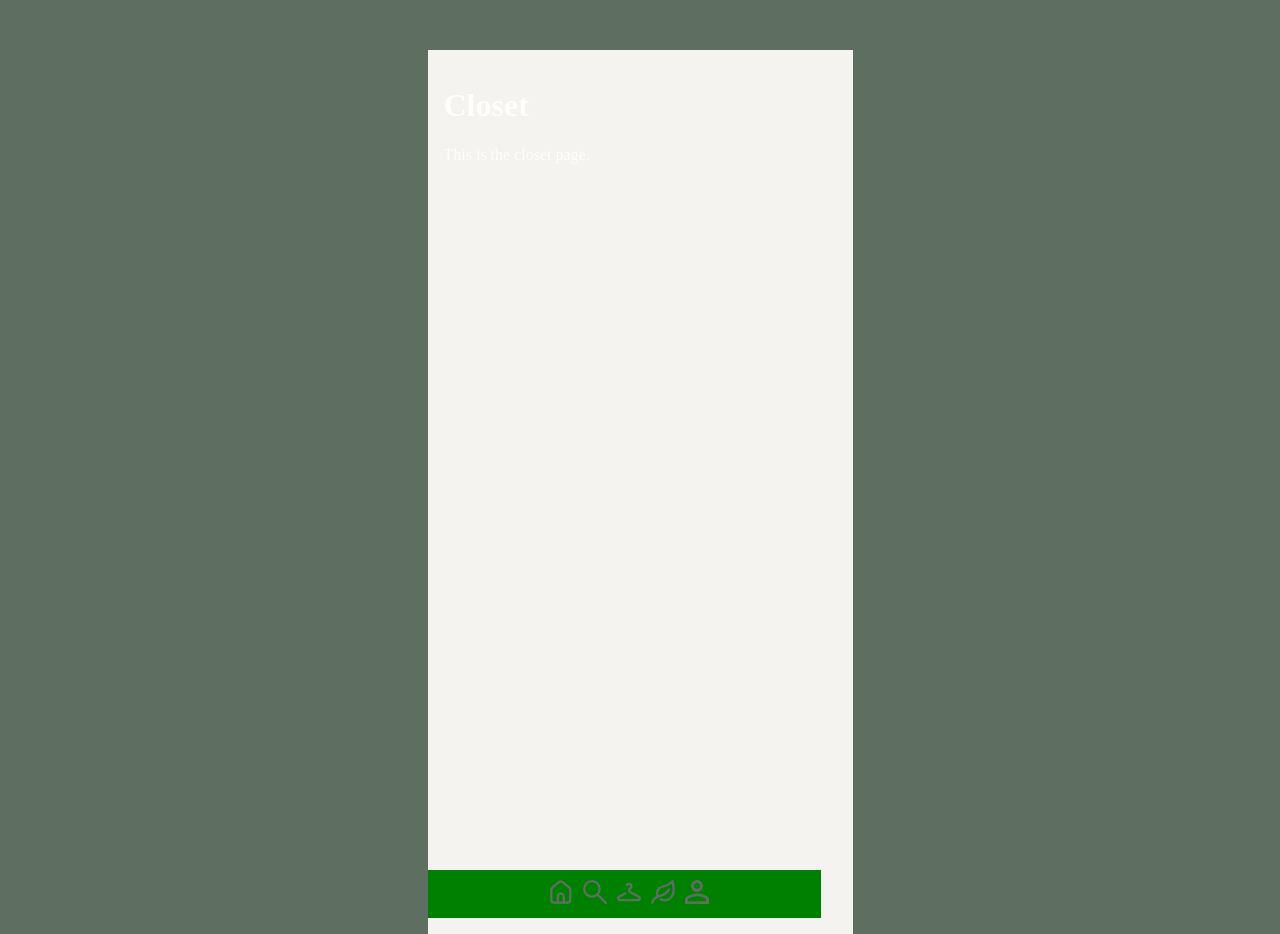
Repository: Strawb3rryjam/app-slotion
Page: /Closet
These files come from the project's save history. The page is drawn as it stood at one moment and after the next save; the edit follows.
The browser window is 1280 px wide. The pictures show the whole page.
The project was rebuilt for these pictures with package versions that can differ from the ones it lists, and the page was loaded fresh each time. Also part of the build but not shown: vite.config.js, src/App.css. Imported but missing from the stored project, and not drawn on this page: src/pages/Home.

Above is the page before, as saved 2025-05-05 09:29:22.

After the next save:
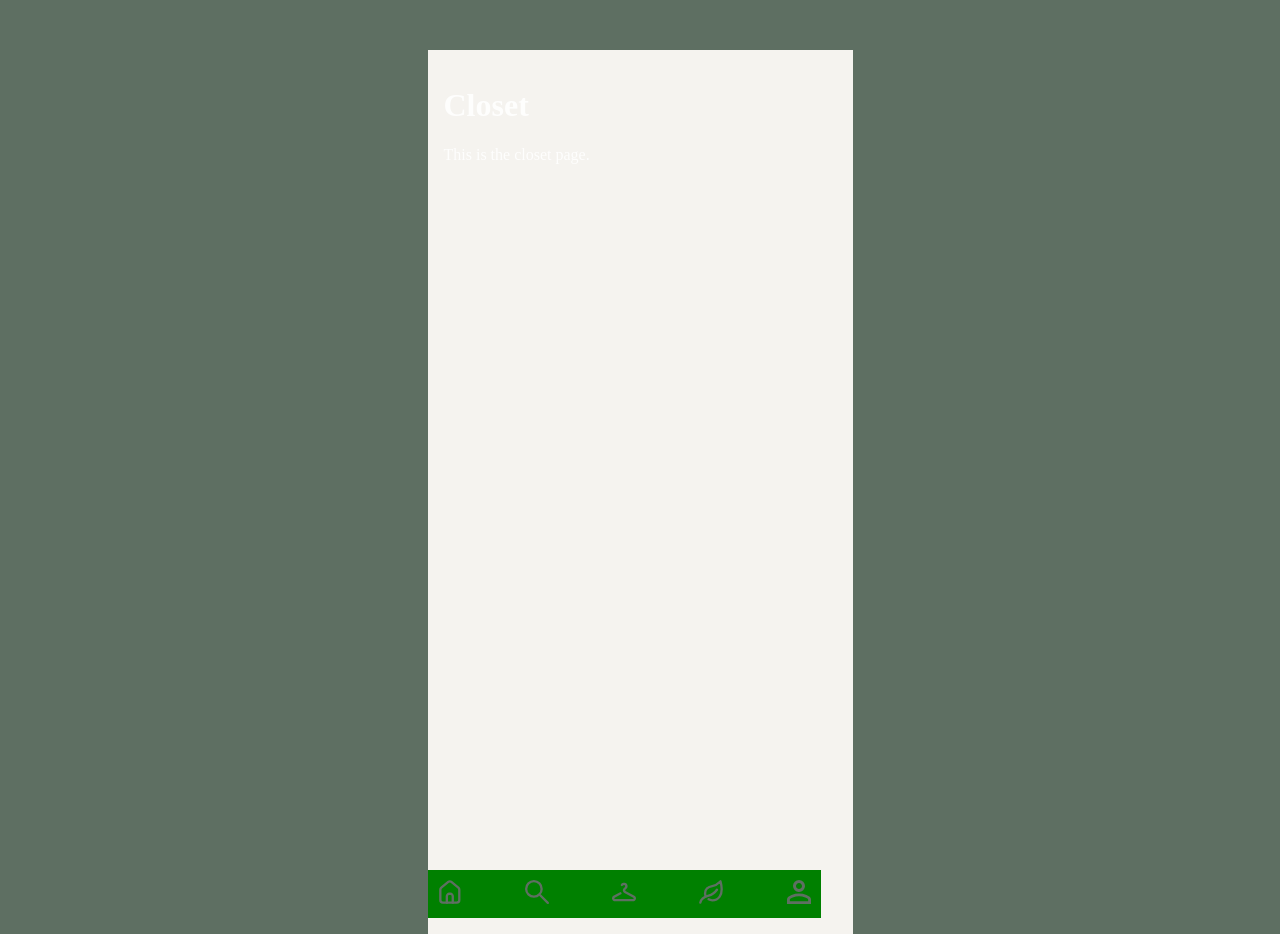
Saved 10 s later.
--- a/src/css/NavBar.module.css
+++ b/src/css/NavBar.module.css
@@ -9,15 +9,15 @@
     justify-content: center;  /* Align the navbar content centrally */
 }
 
-  .navbar-links {
+.navbar-links {
     display: flex;
-    justify-content: space-between;
+    justify-content: space-between; /* Space out the icons evenly */
     align-items: center;
+    width: 100%; /* Take up the full width of the navbar */
+    padding: 0 10px; /* Add some padding to the sides */
   }
 
   .nav-icon {
     width: 24px;  /* Adjust icon size */
     height: 24px;
-    margin-left: 10px;
-    gap: 40px;
   }
